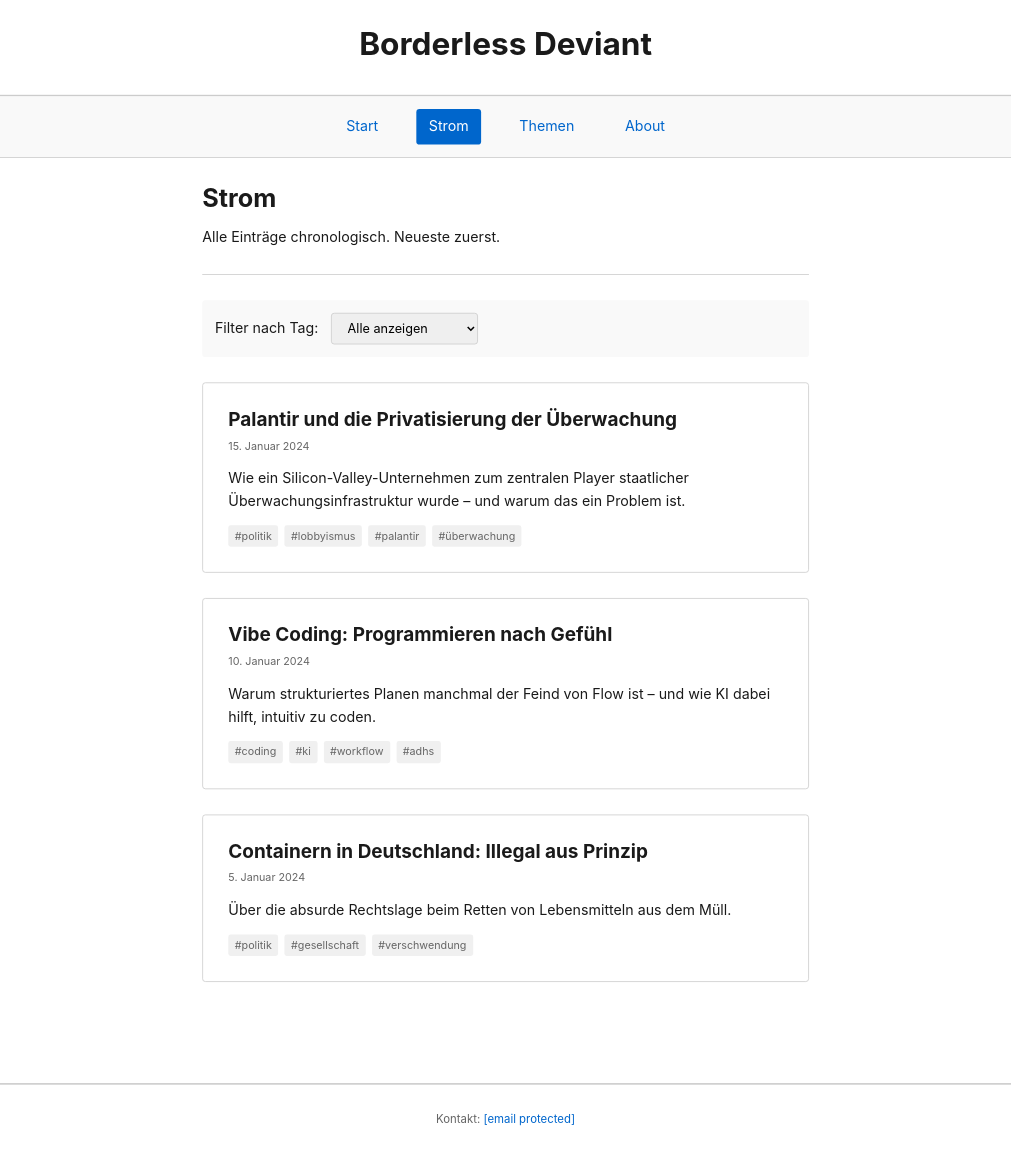
Repository: dev-without-borders/borderless-deviant
Page: strom.html
An editor plug-in stored every save of this project. The page is shown before and after the next save, followed by the edit.
The browser window is 1280 px wide. The pictures show the whole page, at 79% of full size.

Above is the page before, as saved 2025-11-24 20:00:35.

### strom.html
<!DOCTYPE html>
<html lang="de">
<head>
    <meta charset="UTF-8">
    <meta name="viewport" content="width=device-width, initial-scale=1.0">
    <title>Strom - Borderless Deviant</title>
    <link rel="stylesheet" href="css/base.css">
    <link rel="stylesheet" href="css/layout.css">
</head>
<body>
    <header class="site-header">
        <h1><a href="index.html">Borderless Deviant</a></h1>
    </header>

    <nav class="main-nav">
        <a href="index.html">Start</a>
        <a href="strom.html" class="active">Strom</a>
        <a href="themen.html">Themen</a>
        <a href="about.html">About</a>
    </nav>

    <main class="container">
        <section class="page-header">
            <h2>Strom</h2>
            <p>Alle Einträge chronologisch. Neueste zuerst.</p>
        </section>

        <aside class="filter-bar">
            <label for="tag-filter">Filter nach Tag:</label>
            <select id="tag-filter">
                <option value="">Alle anzeigen</option>
                <!-- Wird dynamisch gefüllt -->
            </select>
        </aside>

        <section class="posts-list" id="posts-list">
            <!-- Wird von JavaScript gefüllt -->
        </section>
    </main>

    <footer class="site-footer">
        <p>Kontakt: <a href="mailto:[email protected]">[email protected]</a></p>
    </footer>

    <script src="js/posts.js"></script>
    <script src="js/hashtags.js"></script>
    <script>
        loadAllPosts('posts-list');
        populateTagFilter('tag-filter');

        document.getElementById('tag-filter').addEventListener('change', (e) => {
            filterPostsByTag(e.target.value, 'posts-list');
        });
    </script>
</body>
</html>

### css/base.css
/* ========================================
   RESET & BASICS
   ======================================== */

* {
    margin: 0;
    padding: 0;
    box-sizing: border-box;
}

:root {
    /* Farben - Platzhalter, später anpassen */
    --color-bg: #ffffff;
    --color-text: #1a1a1a;
    --color-accent: #0066cc;
    --color-muted: #666666;
    --color-border: #cccccc;

    /* Spacing */
    --space-xs: 0.5rem;
    --space-sm: 1rem;
    --space-md: 2rem;
    --space-lg: 4rem;

    /* Typography */
    --font-body: -apple-system, BlinkMacSystemFont, "Segoe UI", Roboto, sans-serif;
    --font-mono: "Courier New", Courier, monospace;

    --font-size-base: 18px;
    --line-height: 1.6;
}

body {
    font-family: var(--font-body);
    font-size: var(--font-size-base);
    line-height: var(--line-height);
    color: var(--color-text);
    background: var(--color-bg);
}

/* ========================================
   TYPOGRAPHY
   ======================================== */

h1, h2, h3, h4, h5, h6 {
    line-height: 1.2;
    margin-bottom: var(--space-sm);
}

h1 { font-size: 2.5rem; }
h2 { font-size: 2rem; }
h3 { font-size: 1.5rem; }

p {
    margin-bottom: var(--space-sm);
}

a {
    color: var(--color-accent);
    text-decoration: none;
}

a:hover {
    text-decoration: underline;
}

ul, ol {
    margin-left: var(--space-md);
    margin-bottom: var(--space-sm);
}

code {
    font-family: var(--font-mono);
    background: #f4f4f4;
    padding: 0.2em 0.4em;
    border-radius: 3px;
}

/* ========================================
   HEADER & FOOTER
   ======================================== */

.site-header {
    padding: var(--space-md) var(--space-sm);
    border-bottom: 2px solid var(--color-border);
    text-align: center;
}

.site-header h1 {
    margin-bottom: var(--space-xs);
}

.site-header h1 a {
    color: var(--color-text);
}

.tagline {
    color: var(--color-muted);
    font-size: 0.9rem;
}

.site-footer {
    margin-top: var(--space-lg);
    padding: var(--space-md) var(--space-sm);
    border-top: 2px solid var(--color-border);
    text-align: center;
    color: var(--color-muted);
    font-size: 0.9rem;
}

/* ========================================
   NAVIGATION
   ======================================== */

.main-nav {
    display: flex;
    justify-content: center;
    gap: var(--space-md);
    padding: var(--space-sm);
    background: #f9f9f9;
    border-bottom: 1px solid var(--color-border);
}

.main-nav a {
    padding: var(--space-xs) var(--space-sm);
    border-radius: 4px;
    transition: background 0.2s;
}

.main-nav a:hover {
    background: #e9e9e9;
    text-decoration: none;
}

.main-nav a.active {
    background: var(--color-accent);
    color: white;
}

/* ========================================
   LAYOUT CONTAINERS
   ======================================== */

.container {
    max-width: 800px;
    margin: 0 auto;
    padding: var(--space-md) var(--space-sm);
}

.page-header {
    margin-bottom: var(--space-md);
    padding-bottom: var(--space-sm);
    border-bottom: 1px solid var(--color-border);
}

/* ========================================
   RESPONSIVE
   ======================================== */

@media (max-width: 768px) {
    :root {
        --font-size-base: 16px;
    }

    .main-nav {
        flex-wrap: wrap;
        gap: var(--space-sm);
    }

    h1 { font-size: 2rem; }
    h2 { font-size: 1.5rem; }
}

### css/layout.css
/* ========================================
   INTRO SECTION (Index)
   ======================================== */

.intro {
    margin-bottom: var(--space-lg);
}

/* ========================================
   QUICK LINKS (Index)
   ======================================== */

.quick-links {
    display: grid;
    grid-template-columns: repeat(auto-fit, minmax(200px, 1fr));
    gap: var(--space-md);
    margin-top: var(--space-lg);
}

.link-box {
    padding: var(--space-md);
    border: 2px solid var(--color-border);
    border-radius: 8px;
    transition: transform 0.2s, border-color 0.2s;
}

.link-box:hover {
    transform: translateY(-2px);
    border-color: var(--color-accent);
}

.link-box h3 {
    color: var(--color-accent);
    margin-bottom: var(--space-xs);
}

/* ========================================
   POST PREVIEW CARD
   ======================================== */

.post-card {
    margin-bottom: var(--space-md);
    padding: var(--space-md);
    border: 1px solid var(--color-border);
    border-radius: 4px;
    transition: box-shadow 0.2s;
}

.post-card:hover {
    box-shadow: 0 2px 8px rgba(0,0,0,0.1);
}

.post-card h3 {
    margin-bottom: var(--space-xs);
}

.post-card h3 a {
    color: var(--color-text);
}

.post-card h3 a:hover {
    color: var(--color-accent);
}

.post-meta {
    font-size: 0.85rem;
    color: var(--color-muted);
    margin-bottom: var(--space-sm);
}

.post-excerpt {
    margin-bottom: var(--space-sm);
}

.post-tags {
    display: flex;
    flex-wrap: wrap;
    gap: var(--space-xs);
}

.tag {
    display: inline-block;
    padding: 0.2em 0.6em;
    background: #f0f0f0;
    border-radius: 3px;
    font-size: 0.85rem;
    color: var(--color-muted);
    cursor: pointer;
    transition: background 0.2s;
}

.tag:hover {
    background: var(--color-accent);
    color: white;
}

/* ========================================
   FILTER BAR (Strom)
   ======================================== */

.filter-bar {
    margin-bottom: var(--space-md);
    padding: var(--space-sm);
    background: #f9f9f9;
    border-radius: 4px;
    display: flex;
    align-items: center;
    gap: var(--space-sm);
}

.filter-bar select {
    padding: 0.5em 1em;
    border: 1px solid var(--color-border);
    border-radius: 4px;
    font-family: var(--font-body);
    font-size: 1rem;
}

/* ========================================
   THEME CLUSTERS (Themen)
   ======================================== */

.theme-cluster {
    margin-bottom: var(--space-lg);
}

.theme-cluster h3 {
    margin-bottom: var(--space-sm);
    padding-bottom: var(--space-xs);
    border-bottom: 2px solid var(--color-accent);
}

.cluster-tags {
    display: flex;
    flex-wrap: wrap;
    gap: var(--space-sm);
    margin-bottom: var(--space-sm);
}

.cluster-tag {
    padding: 0.5em 1em;
    background: #f0f0f0;
    border-radius: 4px;
    cursor: pointer;
    transition: all 0.2s;
}

.cluster-tag:hover {
    background: var(--color-accent);
    color: white;
    transform: translateY(-2px);
}

.cluster-tag .count {
    font-size: 0.85em;
    color: var(--color-muted);
}

.cluster-tag:hover .count {
    color: rgba(255,255,255,0.8);
}

/* ========================================
   POST ARTICLE (Einzelartikel)
   ======================================== */

.post-article {
    max-width: 700px;
    margin: 0 auto;
}

.post-header {
    margin-bottom: var(--space-md);
}

.post-header h1 {
    margin-bottom: var(--space-xs);
}

.post-content {
    margin-bottom: var(--space-lg);
}

.post-content h2 {
    margin-top: var(--space-md);
    margin-bottom: var(--space-sm);
}

.post-content h3 {
    margin-top: var(--space-sm);
}

.post-footer {
    margin-top: var(--space-lg);
    padding-top: var(--space-md);
    border-top: 1px solid var(--color-border);
}

/* ========================================
   ABOUT PAGE
   ======================================== */

.about-content section {
    margin-bottom: var(--space-lg);
}

### js/posts.js
// ========================================
// POSTS LADEN & VERWALTEN
// ========================================

let postsData = null;

// Posts.json laden
async function loadPostsData() {
    if (postsData) return postsData;

    try {
        const response = await fetch('api/posts.json');
        postsData = await response.json();
        return postsData;
    } catch (error) {
        console.error('Fehler beim Laden der Posts:', error);
        return { posts: [], themes: {} };
    }
}

// Neueste Posts anzeigen (für index.html)
async function loadRecentPosts(count, containerId) {
    const data = await loadPostsData();
    const container = document.getElementById(containerId);

    if (!container) return;

    // Sortiere nach Datum (neueste zuerst)
    const recentPosts = data.posts
        .sort((a, b) => new Date(b.date) - new Date(a.date))
        .slice(0, count);

    if (recentPosts.length === 0) {
        container.innerHTML = '<p>Noch keine Posts vorhanden.</p>';
        return;
    }

    container.innerHTML = recentPosts.map(post => createPostCard(post)).join('');
}

// Alle Posts anzeigen (für strom.html)
async function loadAllPosts(containerId) {
    const data = await loadPostsData();
    const container = document.getElementById(containerId);

    if (!container) return;

    const sortedPosts = data.posts.sort((a, b) => new Date(b.date) - new Date(a.date));

    if (sortedPosts.length === 0) {
        container.innerHTML = '<p>Noch keine Posts vorhanden.</p>';
        return;
    }

    container.innerHTML = sortedPosts.map(post => createPostCard(post)).join('');
}

// Post-Card HTML generieren
function createPostCard(post) {
    const dateFormatted = new Date(post.date).toLocaleDateString('de-DE', {
        year: 'numeric',
        month: 'long',
        day: 'numeric'
    });

    const tagsHtml = post.tags
        .map(tag => `<span class="tag" data-tag="${tag}">${tag}</span>`)
        .join('');

    return `
        <article class="post-card">
            <h3><a href="${post.file}">${post.title}</a></h3>
            <div class="post-meta">
                <time datetime="${post.date}">${dateFormatted}</time>
            </div>
            <p class="post-excerpt">${post.excerpt}</p>
            <div class="post-tags">${tagsHtml}</div>
        </article>
    `;
}

// Datum formatieren
function formatDate(dateString) {
    return new Date(dateString).toLocaleDateString('de-DE', {
        year: 'numeric',
        month: 'long',
        day: 'numeric'
    });
}

### js/hashtags.js
// ========================================
// HASHTAG FILTERING & CLUSTERING
// ========================================

// Tag-Filter Dropdown füllen
async function populateTagFilter(selectId) {
    const data = await loadPostsData();
    const select = document.getElementById(selectId);

    if (!select) return;

    // Alle Tags sammeln
    const allTags = new Set();
    data.posts.forEach(post => {
        post.tags.forEach(tag => allTags.add(tag));
    });

    // Sortieren und Options erstellen
    const sortedTags = Array.from(allTags).sort();

    sortedTags.forEach(tag => {
        const option = document.createElement('option');
        option.value = tag;
        option.textContent = tag;
        select.appendChild(option);
    });
}

// Posts nach Tag filtern
async function filterPostsByTag(tag, containerId) {
    const data = await loadPostsData();
    const container = document.getElementById(containerId);

    if (!container) return;

    let filteredPosts = data.posts;

    // Filtern wenn Tag ausgewählt
    if (tag) {
        filteredPosts = data.posts.filter(post => post.tags.includes(tag));
    }

    // Sortieren nach Datum
    filteredPosts.sort((a, b) => new Date(b.date) - new Date(a.date));

    if (filteredPosts.length === 0) {
        container.innerHTML = `<p>Keine Posts mit Tag "${tag}" gefunden.</p>`;
        return;
    }

    container.innerHTML = filteredPosts.map(post => createPostCard(post)).join('');
}

// Theme-Cluster anzeigen (für themen.html)
async function loadThemeClusters(containerId) {
    const data = await loadPostsData();
    const container = document.getElementById(containerId);

    if (!container) return;

    // Posts nach Theme gruppieren
    const postsByTheme = {};

    data.posts.forEach(post => {
        if (!postsByTheme[post.theme]) {
            postsByTheme[post.theme] = [];
        }
        postsByTheme[post.theme].push(post);
    });

    // HTML für jeden Theme-Cluster generieren
    let html = '';

    for (const [themeKey, posts] of Object.entries(postsByTheme)) {
        const themeInfo = data.themes[themeKey] || { name: themeKey, description: '' };

        // Tags innerhalb des Themes zählen
        const tagCounts = {};
        posts.forEach(post => {
            post.tags.forEach(tag => {
                tagCounts[tag] = (tagCounts[tag] || 0) + 1;
            });
        });

        // Tags nach Häufigkeit sortieren
        const sortedTags = Object.entries(tagCounts)
            .sort((a, b) => b[1] - a[1]);

        const tagsHtml = sortedTags
            .map(([tag, count]) => `
                <div class="cluster-tag" data-tag="${tag}">
                    ${tag} <span class="count">(${count})</span>
                </div>
            `)
            .join('');

        html += `
            <section class="theme-cluster">
                <h3>${themeInfo.name}</h3>
                <p>${themeInfo.description}</p>
                <div class="cluster-tags">${tagsHtml}</div>
            </section>
        `;
    }

    container.innerHTML = html;

    // Click-Events für Tags
    container.querySelectorAll('.cluster-tag').forEach(tagEl => {
        tagEl.addEventListener('click', () => {
            const tag = tagEl.dataset.tag;
            window.location.href = `strom.html?tag=${encodeURIComponent(tag)}`;
        });
    });
}

// URL-Parameter auslesen (für Deep-Links zu Tags)
function getUrlParameter(name) {
    const params = new URLSearchParams(window.location.search);
    return params.get(name);
}

// Auto-Filter wenn Tag in URL (für strom.html)
window.addEventListener('DOMContentLoaded', () => {
    const tag = getUrlParameter('tag');
    if (tag && document.getElementById('tag-filter')) {
        document.getElementById('tag-filter').value = tag;
        filterPostsByTag(tag, 'posts-list');
    }
});

### api/posts.json
{
  "posts": [
    {
      "id": "beispiel-2024-01",
      "title": "Palantir und die Privatisierung der Überwachung",
      "date": "2024-01-15",
      "file": "posts/2024-01-beispiel.html",
      "tags": ["#politik", "#lobbyismus", "#palantir", "#überwachung"],
      "theme": "politik",
      "excerpt": "Wie ein Silicon-Valley-Unternehmen zum zentralen Player staatlicher Überwachungsinfrastruktur wurde – und warum das ein Problem ist."
    },
    {
      "id": "vibe-coding-intro",
      "title": "Vibe Coding: Programmieren nach Gefühl",
      "date": "2024-01-10",
      "file": "posts/2024-01-vibe-coding.html",
      "tags": ["#coding", "#ki", "#workflow", "#adhs"],
      "theme": "wissen",
      "excerpt": "Warum strukturiertes Planen manchmal der Feind von Flow ist – und wie KI dabei hilft, intuitiv zu coden."
    },
    {
      "id": "containern-deutschland",
      "title": "Containern in Deutschland: Illegal aus Prinzip",
      "date": "2024-01-05",
      "file": "posts/2024-01-containern.html",
      "tags": ["#politik", "#gesellschaft", "#verschwendung"],
      "theme": "politik",
      "excerpt": "Über die absurde Rechtslage beim Retten von Lebensmitteln aus dem Müll."
    }
  ],
  "themes": {
    "politik": {
      "name": "Politik & Weltschmerz",
      "description": "Systemkritik, Lobbyismus, gesellschaftliche Missstände"
    },
    "wissen": {
      "name": "Wissen & Lernen",
      "description": "KI, Coding, Workflows, Prompten"
    },
    "kultur": {
      "name": "Unterhaltung & Kultur",
      "description": "Games, Retro-Tech, geile Sachen mit KI"
    },
    "philosophie": {
      "name": "Düt & Dat",
      "description": "Existenzielles, Baustellen, Arbeitsmoral"
    }
  }
}

After the next save:
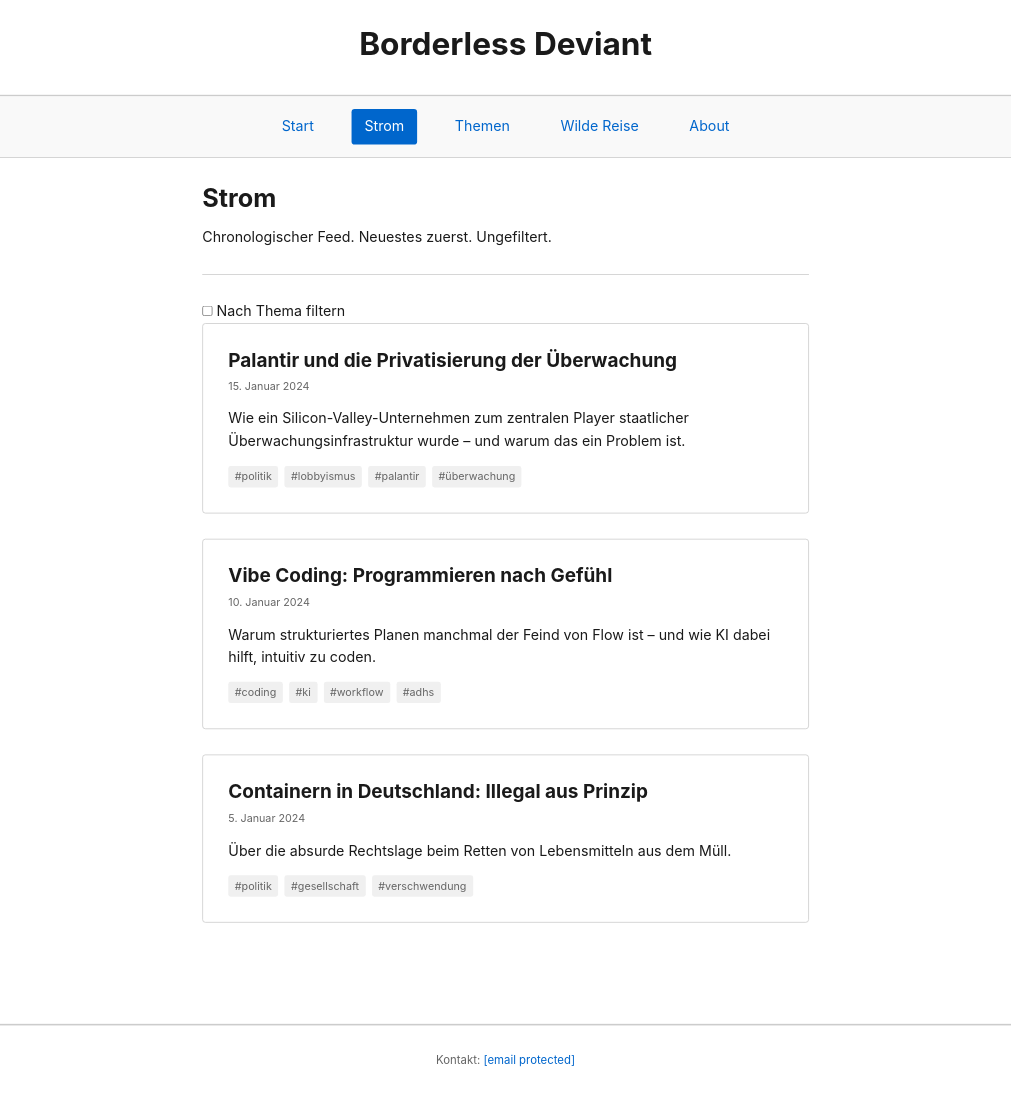
Saved 9 s later.
--- a/strom.html
+++ b/strom.html
@@ -16,26 +16,29 @@
         <a href="index.html">Start</a>
         <a href="strom.html" class="active">Strom</a>
         <a href="themen.html">Themen</a>
+        <a href="wilde-reise.html">Wilde Reise</a>
         <a href="about.html">About</a>
     </nav>
 
     <main class="container">
         <section class="page-header">
             <h2>Strom</h2>
-            <p>Alle Einträge chronologisch. Neueste zuerst.</p>
+            <p>Chronologischer Feed. Neuestes zuerst. Ungefiltert.</p>
         </section>
 
-        <aside class="filter-bar">
-            <label for="tag-filter">Filter nach Tag:</label>
-            <select id="tag-filter">
-                <option value="">Alle anzeigen</option>
-                <!-- Wird dynamisch gefüllt -->
-            </select>
-        </aside>
+        <div class="filter-controls">
+            <label>
+                <input type="checkbox" id="filter-toggle" />
+                Nach Thema filtern
+            </label>
+            <div id="theme-filters" style="display: none;">
+                <!-- Wird von JavaScript gefüllt -->
+            </div>
+        </div>
 
-        <section class="posts-list" id="posts-list">
+        <div id="posts-stream">
             <!-- Wird von JavaScript gefüllt -->
-        </section>
+        </div>
     </main>
 
     <footer class="site-footer">
@@ -45,11 +48,11 @@
     <script src="js/posts.js"></script>
     <script src="js/hashtags.js"></script>
     <script>
-        loadAllPosts('posts-list');
-        populateTagFilter('tag-filter');
+        loadAllPosts('posts-stream');
 
-        document.getElementById('tag-filter').addEventListener('change', (e) => {
-            filterPostsByTag(e.target.value, 'posts-list');
+        document.getElementById('filter-toggle').addEventListener('change', (e) => {
+            document.getElementById('theme-filters').style.display =
+                e.target.checked ? 'block' : 'none';
         });
     </script>
 </body>
